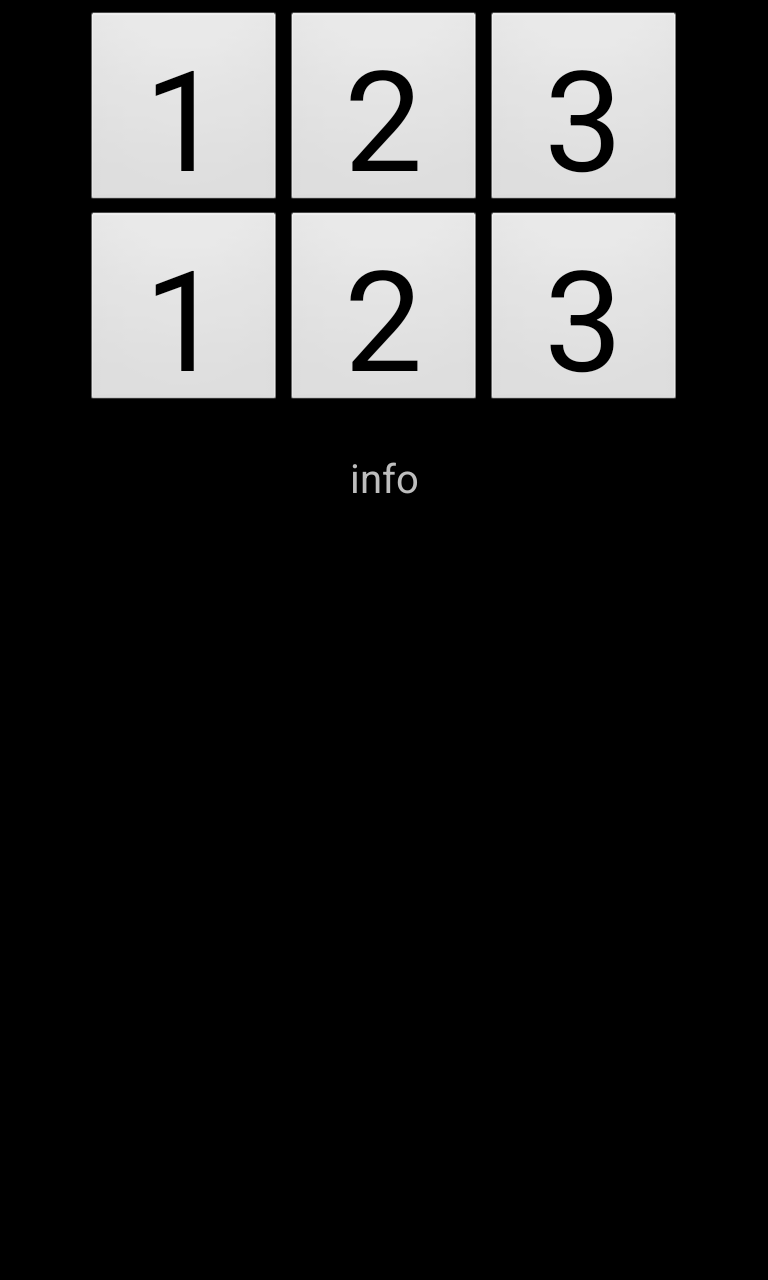
Repository: mpatalberta/networktictactoe
Layout: TicTacToe/res/layout/activity_main.xml
The author's editor kept a copy of each file at every save. The layout is drawn from the files as they stood at one save, then again after the next save.
It is drawn on a 768 x 1280 px phone screen (xhdpi) without system bars, with theme android:Theme; the app's code is not run.

Above is the layout before, as saved 2013-12-25 20:40:26.

After the next save:
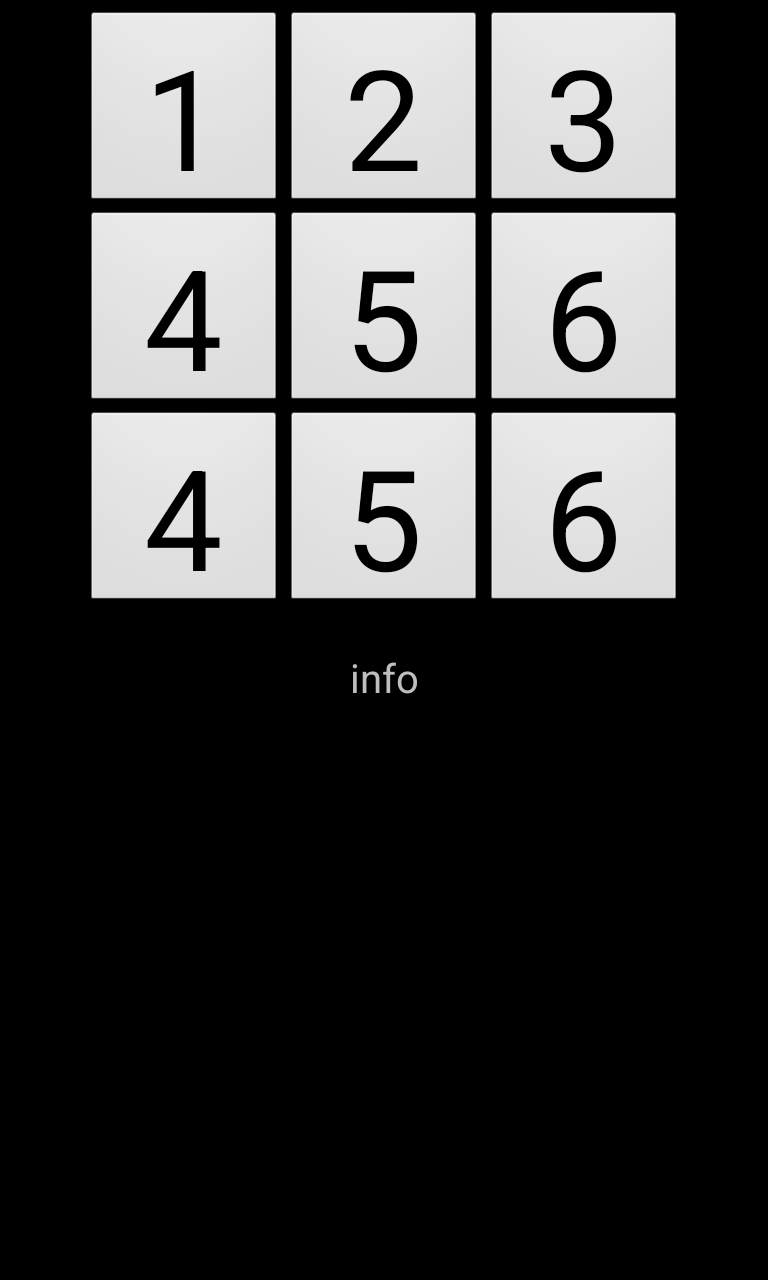
Saved 51 s later.
--- a/TicTacToe/res/layout/activity_main.xml
+++ b/TicTacToe/res/layout/activity_main.xml
@@ -39,22 +39,42 @@
 		<Button android:id="@+id/four"
 		   android:layout_width="100dp"
 		   android:layout_height="100dp"
-		   android:text="1"
+		   android:text="4"
 		   android:textSize="70dp" />
 
 		<Button android:id="@+id/five"
 		   android:layout_width="100dp"
 		   android:layout_height="100dp"
-		   android:text="2"
+		   android:text="5"
 		   android:textSize="70dp" />
 
 		<Button android:id="@+id/six"
 		   android:layout_width="100dp"
 		   android:layout_height="100dp"
-		   android:text="3"
+		   android:text="6"
 		   android:textSize="70dp" />
 		 </TableRow>
 
+
+       <TableRow android:gravity="center_horizontal">
+		<Button android:id="@+id/seven"
+		   android:layout_width="100dp"
+		   android:layout_height="100dp"
+		   android:text="4"
+		   android:textSize="70dp" />
+
+		<Button android:id="@+id/eight"
+		   android:layout_width="100dp"
+		   android:layout_height="100dp"
+		   android:text="5"
+		   android:textSize="70dp" />
+
+		<Button android:id="@+id/nine"
+		   android:layout_width="100dp"
+		   android:layout_height="100dp"
+		   android:text="6"
+		   android:textSize="70dp" />
+		 </TableRow>
 
 </TableLayout>
 
